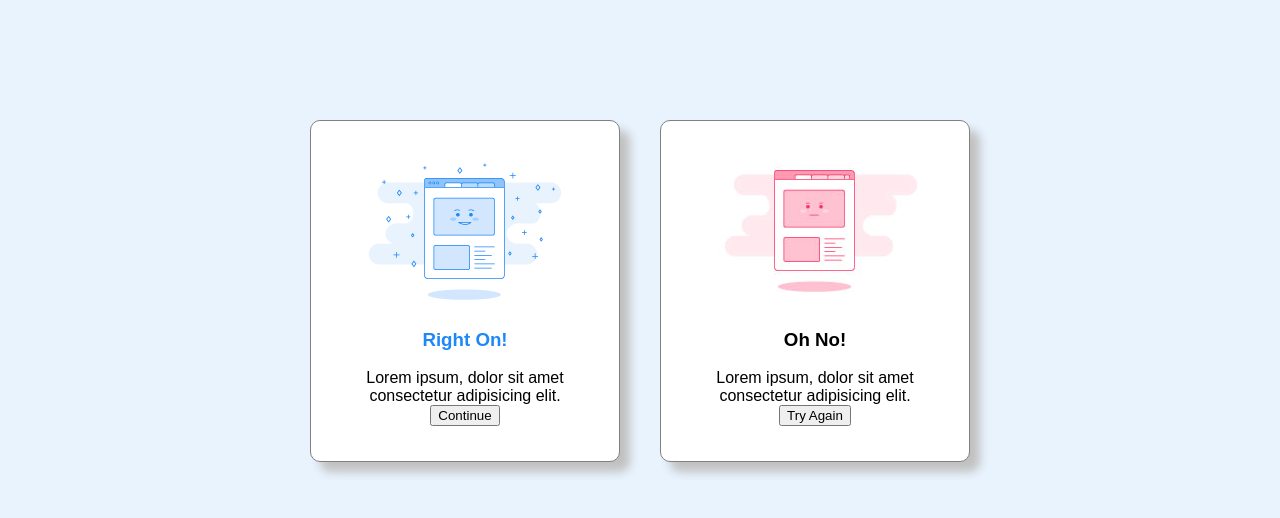
Repository: giahuy405/flash_message_BEM
Page: index.html
These files come from the project's save history. The page is drawn as it stood at one moment and after the next save; the edit follows.
The browser window is 1280 px wide. The pictures show the whole page.

Above is the page before, as saved 2022-09-06 02:36:31.

### index.html
<!DOCTYPE html>
<html lang="en">
<head>
    <meta charset="UTF-8">
    <meta http-equiv="X-UA-Compatible" content="IE=edge">
    <meta name="viewport" content="width=device-width, initial-scale=1.0">
    <title>Document</title>
    <link rel="stylesheet" href="css/index.css">
</head>
<body>
        <!--
        code về phần flash message và áp dụng BEM Block Element Modifier
        Ví dụ :
        Laptop là Block ( 1 khối lớn )

        Thì các Element ( thành phần ) sẽ là : keyboard, mouse, screen, touch-pad
        Block Element : Laptop__keyboard, Laptop__mouse....

        Modifer ( biến thể khác ) sẽ là : loại của chúng như to, nhỏ, hãng,...
        Block Modifier : Laptop--big, Laptop--small,
        Block Element Modifier : Laptop__keyboard--apple , Laptop__touch-pad--smooth,...
    -->
        <!-- Block: flash message
        Element: img, title, desc (description), button
        Modifier: primary, secondary

        Block 1 & block 2
        flash-message
        flash-message__img, flash-message__title, flash-message__desc, flash-message__button

        Block 1: flash-message__title--primary -->


        <div class="container">
            <div class="flash-message__padding">
                <div class="flash-message">
                    <div class="flash-message__img">
                        <img src="./ui_ux_blue.jpg" alt="">
                    </div>
                    <div class="flash-message__title flash-message__title--blue">
                        <h3>Right On!</h3>
                    </div>
                    <div class="flash-message__desc">
                        Lorem ipsum, dolor sit amet consectetur adipisicing elit.
                    </div>
                    <button class="flash-message__button">Continue</button>
                </div>
            </div>
            <div class="flash-message__padding">

                    <div class="flash-message">
                        <div class="flash-message__img">
                            <img src="./ui_ux_pink.jpg" alt="">
                        </div>
                        <div class="flash-message__title flash-message__title--pink">
                            <h3>Oh No!</h3>
                        </div>
                        <div class="flash-message__desc">
                            Lorem ipsum, dolor sit amet consectetur adipisicing elit.
                        </div>
                        <button class="flash-message__button">Try Again</button>
                    </div>

            </div>
             <div class="clear"></div>
        </div>

</body>
</html>

### css/index.css
*{
    box-sizing: border-box;
}
body{
    padding: 0;
    margin: 0;
    background-color: #e8f3fe;
    font-family: 'Montserrat', sans-serif;
}
.clear{
    clear: both;
}
.container{
    width: 700px;
    height: auto;
    margin:auto;
    margin-top: 100px;
}
 .flash-message__padding{
    float: left;
    width: 50%;
    padding: 20px;
}
.flash-message{
    border: 1px solid gray;
    background-color: white;
    border-radius: 10px;
    padding: 35px 30px;
    box-shadow: 10px 10px 10px rgb(193, 193, 193);
    text-align: center;
}
.flash-message__title--blue{
    color: #1e87f9;

}

After the next save:
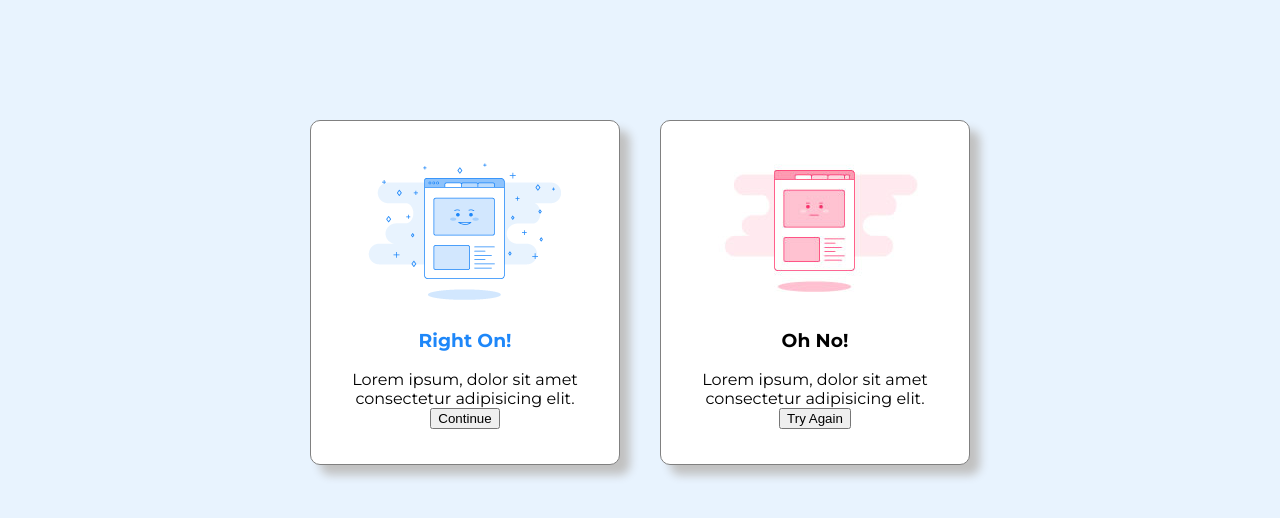
Saved 1 s later.
--- a/index.html
+++ b/index.html
@@ -5,6 +5,7 @@
     <meta http-equiv="X-UA-Compatible" content="IE=edge">
     <meta name="viewport" content="width=device-width, initial-scale=1.0">
     <title>Document</title>
+    <link href="https://fonts.googleapis.com/css2?family=Montserrat:wght@300;400;500;700&display=swap" rel="stylesheet">
     <link rel="stylesheet" href="css/index.css">
 </head>
 <body>
